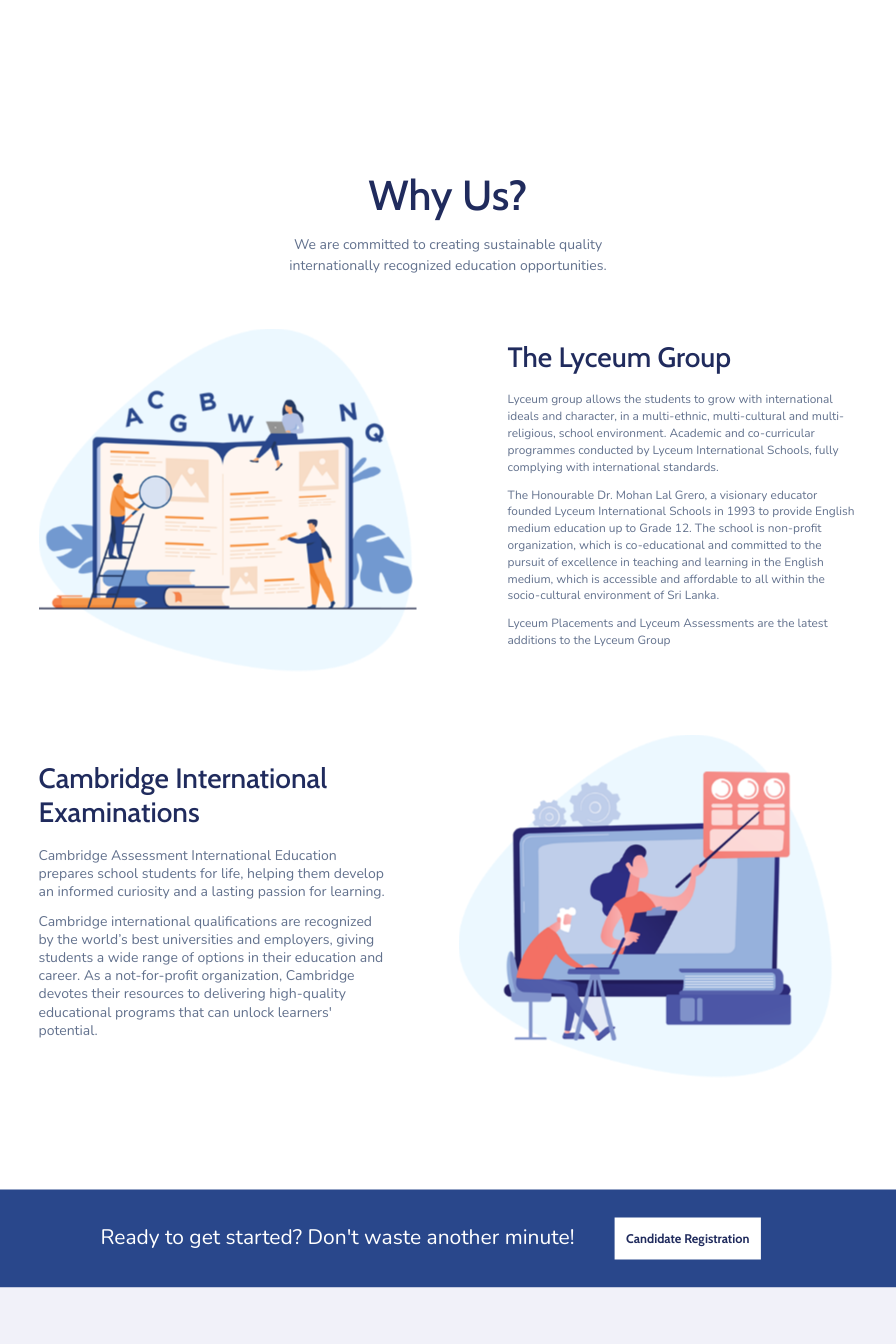
Repository: AXUSLK/LyceumAssessments-HTML
Page: index.html
These files come from the project's save history. The page is drawn as it stood at one moment and after the next save; the edit follows.
The browser window is 1280 px wide. The pictures show the part of the page from y = 1555 to 3475 px (the page is 5042 px tall before and 4822 px after), at 70% of full size.
Backgrounds fixed to the window are drawn as part of the page. Some web libraries are served in a nearby version.

Above is the page before, as saved 2022-01-31 13:23:18.

After the next save:
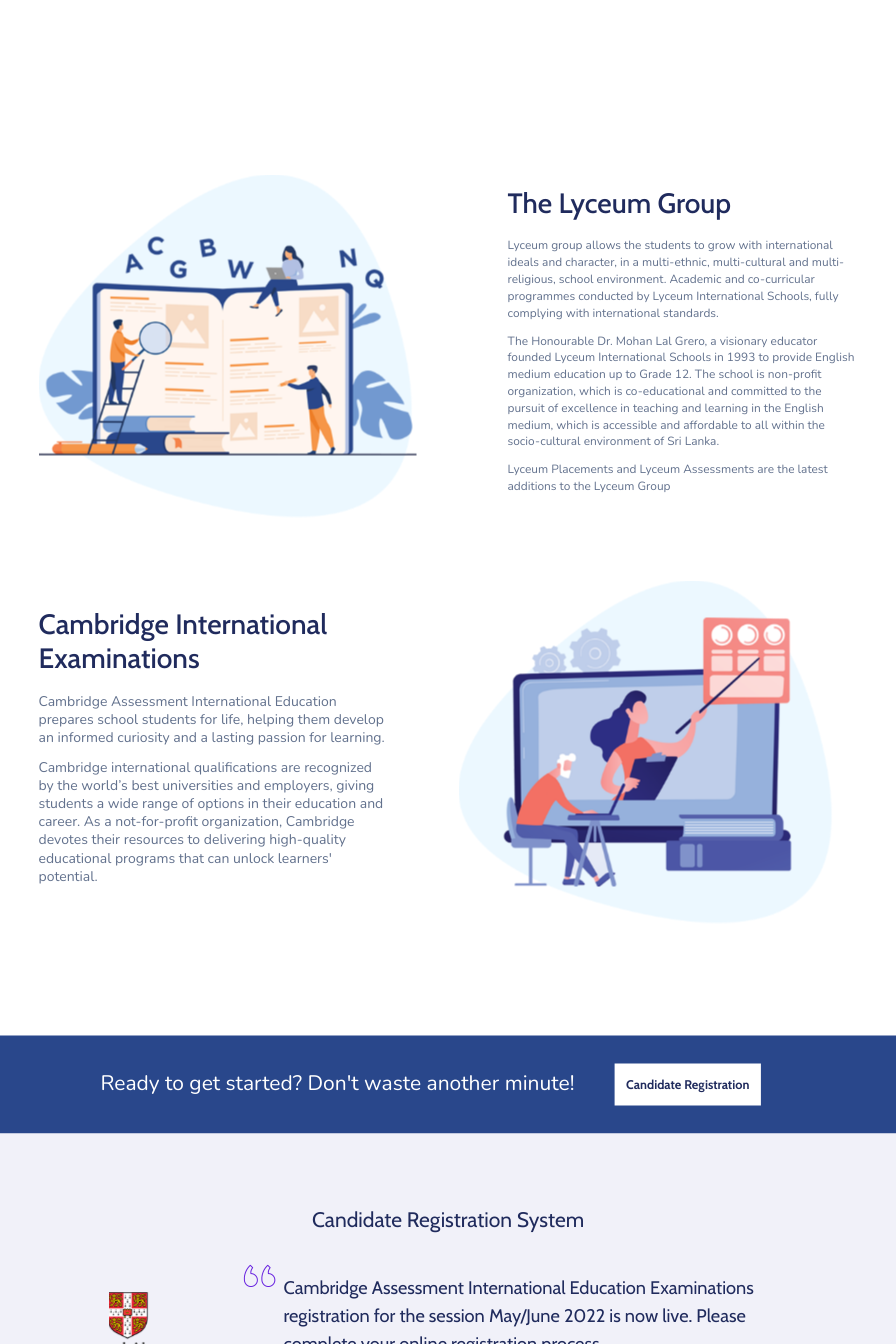
Saved 31 s later.
--- a/index.html
+++ b/index.html
@@ -296,16 +296,6 @@
 			<!-- allFeatBlock -->
 			<section id="scrollToWhy" class="allFeatBlock pt-7 pt-md-10 pt-lg-15 pt-xl-23 pb-3 pb-lg-10 pb-xl-14">
 				<div class="container">
-					<div class="row">
-						<div class="col-12 col-lg-10 offset-lg-1 col-xl-6 offset-xl-3">
-							<!-- headingHead -->
-							<header class="headingHead textMedium text-center mb-8 mb-lg-15 wow bounceInUp">
-								<h1 class="mb-5">Why Us?</h1>
-								<p>We are committed to creating sustainable quality internationally recognized education
-									opportunities.</p>
-							</header>
-						</div>
-					</div>
 					<!-- afColumnsWrap -->
 					<div class="afColumnsWrap">
 						<!-- afColumn -->
